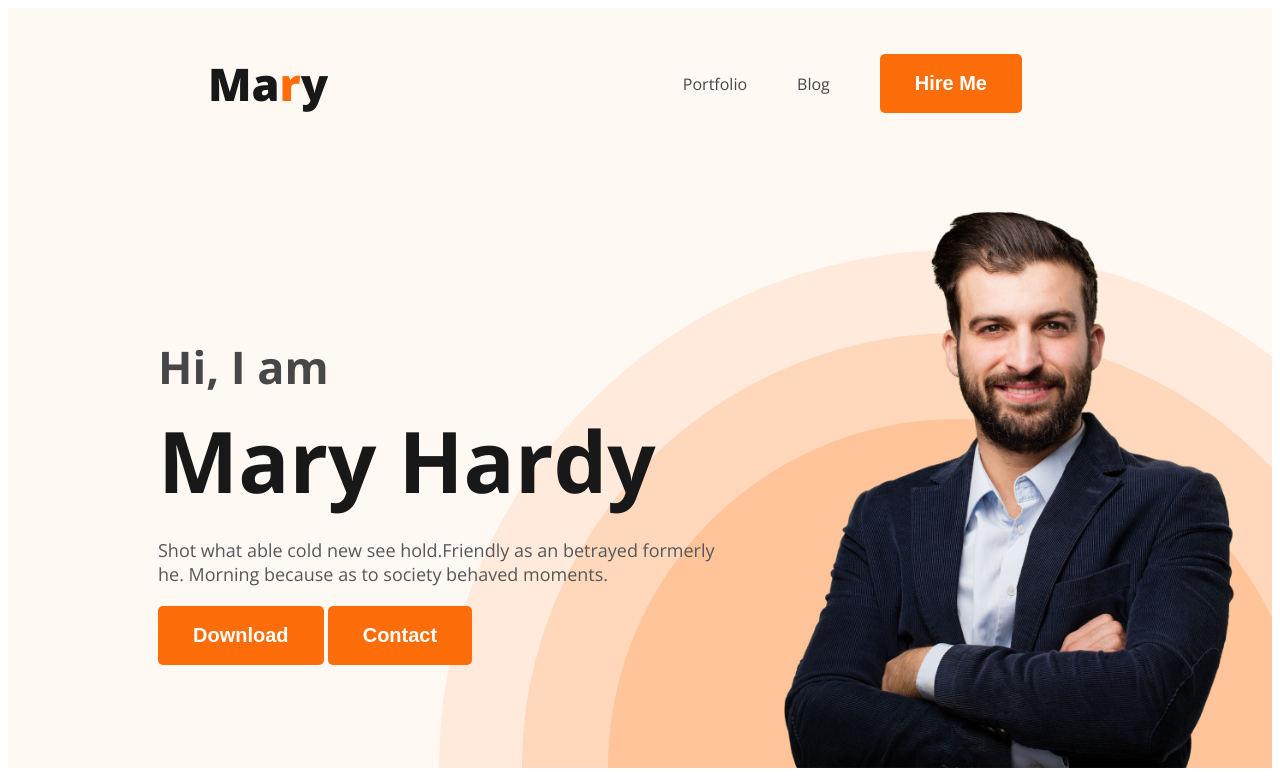
Repository: ShouravAhammed/Simple-Portfolio-Webpage
Page: index.html
These files come from the project's save history. The page is drawn as it stood at one moment and after the next save; the edit follows.
The browser window is 1280 px wide. The pictures show the whole page.

Above is the page before, as saved 2024-01-06 01:02:52.

### index.html
<!DOCTYPE html>
<html lang="en">
<head>
    <meta charset="UTF-8">
    <meta name="viewport" content="width=device-width, initial-scale=1.0">
    <title>Mary</title>
    <link rel="stylesheet" href="index.css">
</head>
<body>
    <header class="header">
        <nav>
            <h3 class="nav-title">Ma<span class="text-primary">r</span>y</h3>
            <ul class="navber">
                <li><a href="">Portfolio</a></li>
                <li><a href="">Blog</a></li>
                <li><button class="btn-primary">Hire Me</button></li>
            </ul>
        </nav>
        <div class="banner">
            <div class="banner-content">
                <h3 class="banner-greeting">Hi, I  am</h3>
                <h1 class="banner-title">Mary Hardy</h1>
                <p class="banner-description">Shot what able cold new see hold.Friendly as an betrayed formerly he. Morning because as to society behaved moments.</p>
                <button class="btn-primary">Download</button>
                <button class="btn-primary">Contact</button>
            </div>
            <img class="profile-pic" src="images/hardy.png" alt="profile-pic">
        </div>
    </header>
    <main>

    </main>
    <footer>

    </footer>
</body>
</html>

### index.css
@import url('https://fonts.googleapis.com/css2?family=Lato:ital,wght@0,100;0,300;0,400;0,700;0,900;1,100;1,300;1,400;1,700;1,900&display=swap');
@import url('https://fonts.googleapis.com/css2?family=Open+Sans:ital,wght@0,300;0,400;0,500;0,600;0,700;0,800;1,300;1,400;1,500;1,600;1,700;1,800&display=swap');
/* google fonts import */
/* *{
    margin: 0;
    padding: 0;
    outline: 0;
} */
ul, ol{
    list-style: none;
}
body{
    font-family: 'Open Sans', sans-serif;
}
.text-primary{
    color: #FD6E0A;
}
.btn-primary{
    border-radius: 5px;
    color: #fff;
    background: #FD6E0A;
    font-size: 20px;
    font-weight: 700;
    padding: 18px 35px;
    border: 0;
}

/* nav related style */
nav{
    display: flex;
    justify-content: space-between;
    align-items: center;
    margin: 0 200px;
}
.nav-title{
    color: #181818;
    font-size: 45px;
    font-weight: 800;
}
nav > ul{
    display: flex;
    align-items: center;
}
nav li{
    margin-right: 50px;
}
nav a{
    text-decoration: none;
    color: #474747;
}
/* header related style */
.header{
    background: #FFF8F3;
    background-image: url(images/header_bg.png);
    background-position: bottom right;
    background-repeat: no-repeat;
}
.banner{
    display: flex;
    padding: 30px 30px 0px 150px;
    align-items: center;
}
.banner-content{
    max-width: 585px;
}
.banner .profile-pic{
    width: 500px;
}
.banner-greeting{
    color: #474747;
    font-size: 45px;
    margin-bottom: 0;
}
.banner-title{
    color: #181818;
    font-size: 85px;
    font-weight: 700;
    margin-top: 5px;
    margin-bottom: 20px;
}
.banner-description{
    color: #575757;
    font-size: 18px;
    font-weight: 400;
    margin-bottom: 20px;
}

After the next save:
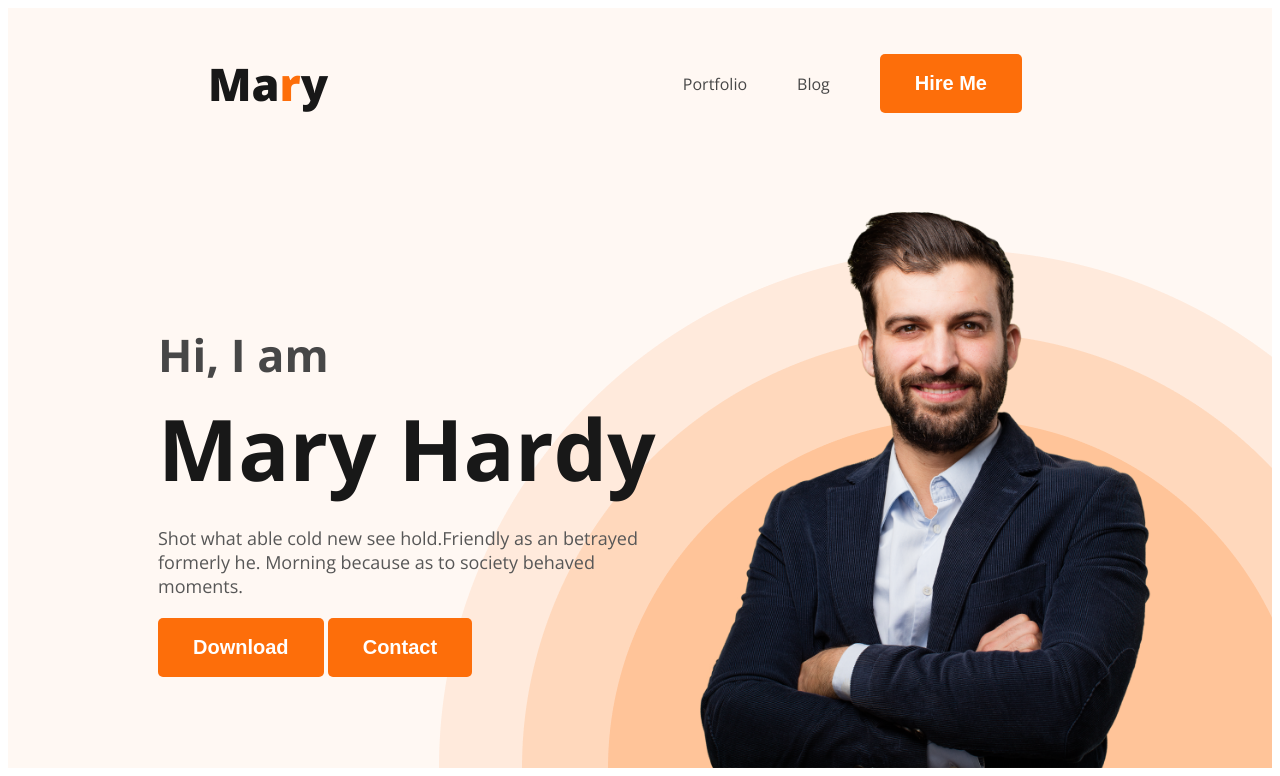
Saved 11 s later.
--- a/index.css
+++ b/index.css
@@ -61,7 +61,7 @@ nav a{
     align-items: center;
 }
 .banner-content{
-    max-width: 585px;
+    max-width: 500px;
 }
 .banner .profile-pic{
     width: 500px;
